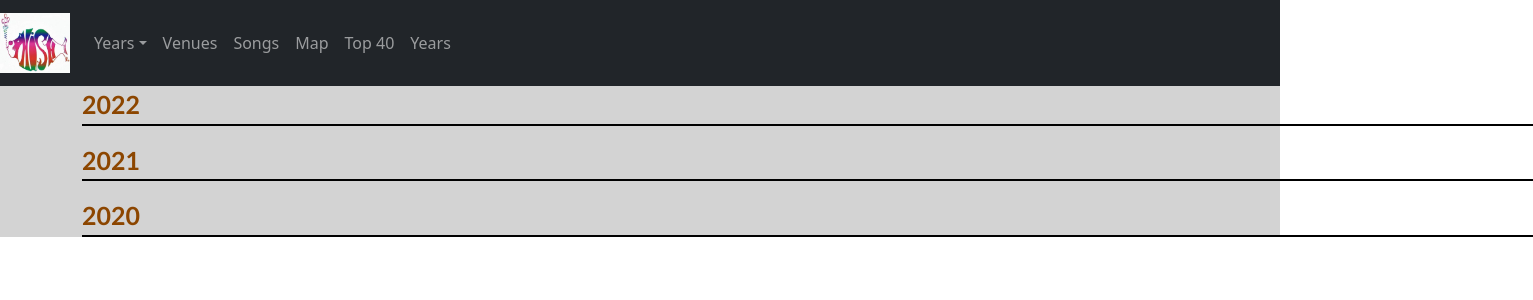
Repository: Jcparks84/gonePhishin
Page: / (app in my-app/)
These files come from the project's save history. The page is drawn as it stood at one moment and after the next save; the edit follows.
The browser window is 1280 px wide. The page is 1533 px wide, so the pictures cover 1533 px, including what lies to the right of the window. The pictures show the whole page.
The page's requests for data from a server got no answer. The project was rebuilt for these pictures with package versions that can differ from the ones it lists, and the page was loaded fresh each time. No one was signed in, and anything a server would have sent is missing. Also part of the build but not shown: my-app/src/components/audioPlayer/audioPlayer.js.

Above is the page before, as saved 2022-08-16 18:31:12.

### my-app/src/App.js
import './App.css';
import AudioPlayer from './components/audioPlayer/audioPlayer';
import Navbar from './components/navbar/navBar'
import YearPage from './pages/yearPage/yearPage';



function App() {
  const apiKey = process.env.REACT_APP_API_KEY


  return (
    <div className="App">
      <div>
      <Navbar fixed="top" />
      </div>
      <div>
        <YearPage/>
      </div>
      {/* <div>
        <AudioPlayer/>
      </div> */}

    </div>

  );
}

export default App;

### my-app/src/App.css
.App {
  text-align: center;
  background-color: #d3d3d3;
}

.App-logo {
  height: 40vmin;
  pointer-events: none;
}

@media (prefers-reduced-motion: no-preference) {
  .App-logo {
    animation: App-logo-spin infinite 20s linear;
  }
}

.App-header {
  background-color: #282c34;
  min-height: 100vh;
  display: flex;
  flex-direction: column;
  align-items: center;
  justify-content: center;
  font-size: calc(10px + 2vmin);
  color: white;
}

.App-link {
  color: #61dafb;
}

@keyframes App-logo-spin {
  from {
    transform: rotate(0deg);
  }
  to {
    transform: rotate(360deg);
  }
}

### my-app/src/components/navbar/navBar.js
import logo from '../images/phish.png'
import './navBar.css';
import 'bootstrap/dist/css/bootstrap.css'
import { Nav, Navbar, NavDropdown } from 'react-bootstrap'
import AudioPlayer from '../audioPlayer/audioPlayer';
import YearPage from '../../pages/yearPage/yearPage';



function NavBar() {
  return (
    <div className="navBar">
      <Navbar bg="dark" variant="dark"
        sticky="top" expand="sm" collapseOnSelect>
        <Navbar.Brand>
          <img src={logo} width="70px" height="60px" />{' '}
        </Navbar.Brand>

        <Navbar.Toggle className="coloring" />
        <Navbar.Collapse>
          <Nav>
            <NavDropdown title="Years">
              <NavDropdown.Item href="#years/2021">2021</NavDropdown.Item>
              <NavDropdown.Item href="#years/2020">2020</NavDropdown.Item>
              <NavDropdown.Item href="#years/2019">2019</NavDropdown.Item>
            </NavDropdown>
            <Nav.Link href="#Venues">Venues</Nav.Link>
            <Nav.Link href="#contact-us">Songs</Nav.Link>
            <Nav.Link href="#contact-us">Map</Nav.Link>
            <Nav.Link href="#contact-us">Top 40</Nav.Link>
            <Nav.Link path="#years">{YearPage}Years</Nav.Link>

          </Nav>
        </Navbar.Collapse>

      </Navbar>
    </div>
  );
}


export default NavBar;

### my-app/src/pages/yearPage/yearPage.js
import React from 'react'
import './yearPage.css'


function YearPage(){
    return(
        <div className='container'>
                <p>2022</p>
                <p>2021</p>
                <p>2020</p>
        </div>
    )
}

export default YearPage;

### my-app/src/components/navbar/navBar.css
.bg-myRed{
    background-color: crimson;
  }

  .content{
    padding: 12px;
    height: 3000px;
  }

  .coloring{
    color: black;
  }

  nav.link {
    align-items: center;
  }

### my-app/src/pages/yearPage/yearPage.css

.container {
    color: #8C4600;
    font-family: "Trebuchet MS", Arial, Helvetica, sans-serif;
    font-weight: bold;
    font-size: 15px;}


p {
    text-align: left;
    font-size: 25px;
    border-bottom:solid black 2px;
    width: 130%;
    margin-left: 0%;
}

ul {
    list-style-type: none;
}

Loaded but not shown: my-app/public/index.html (common file); my-app/src/index.js (common file); my-app/src/index.css (common file); my-app/src/reportWebVitals.js (common file)

After the next save:
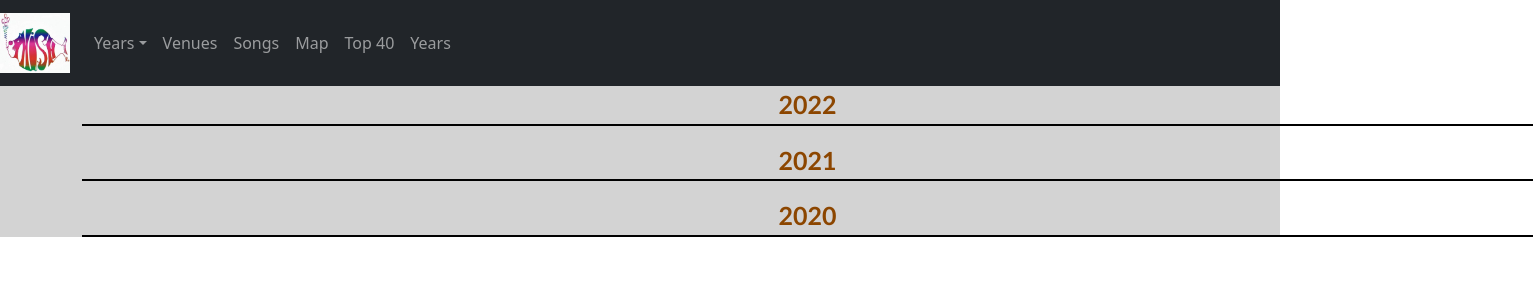
Saved 16 s later.
--- a/my-app/src/pages/yearPage/yearPage.css
+++ b/my-app/src/pages/yearPage/yearPage.css
@@ -7,7 +7,7 @@
 
 
 p {
-    text-align: left;
+    text-align: ;
     font-size: 25px;
     border-bottom:solid black 2px;
     width: 130%;
